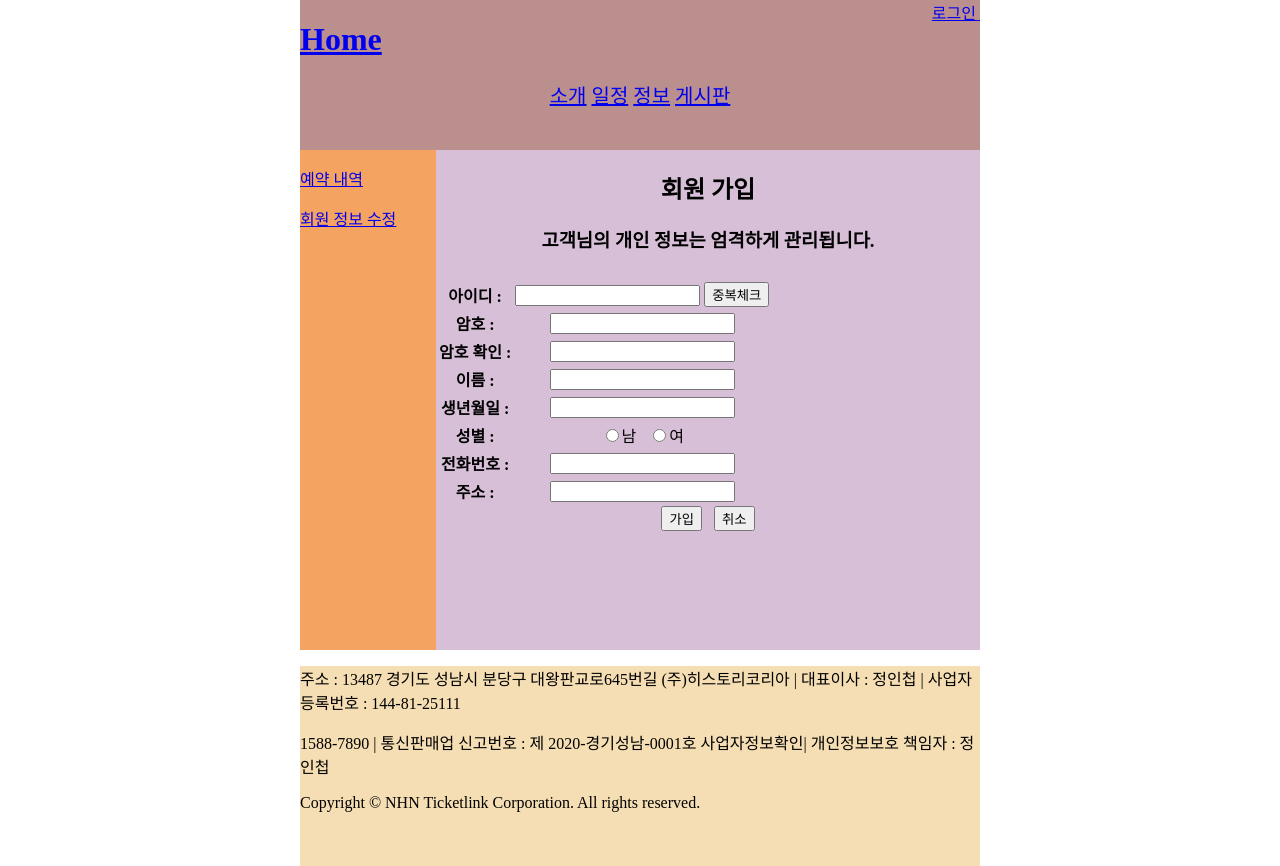
Repository: dlscjq34/JSP_historyTour
Page: http://localhost/HistoryTour/WEB-INF/views/member/joinMember.jsp
These files come from the project's save history. The page is drawn as it stood at one moment and after the next save; the edit follows.
The browser window is 1280 px wide. The pictures show the whole page.
The page is served by Tomcat 9. Nobody is signed in. Other server files are loaded and not shown. The template is opened directly, without the code that normally fills it, so the values that code supplies are empty.

Above is the page before, as saved 2020-12-21 03:41:44.

### HistoryTour/WebContent/WEB-INF/views/member/joinMember.jsp
<%@ page language="java" contentType="text/html; charset=UTF-8"
    pageEncoding="UTF-8"%>
<!DOCTYPE html>
<html lang="en">
<head>
    <jsp:include page="/WEB-INF/views/include/head.jsp" />
    <link rel="stylesheet" href="css/joinMember.css">
</head>
<body>
    <!-- <header> -->
    <jsp:include page="/WEB-INF/views/include/header.jsp" />


    <!-- center = <aside> + <article> -->
    <div class="center">
        <aside>
            <p><a href="ticket.do">예약 내역</a></p>
            <p><a href="editMember.do">회원 정보 수정</a></p>
        </aside>

        <article>
            <h1>회원 가입</h1>
                    <h3>고객님의 개인 정보는 엄격하게 관리됩니다.</h3>
                <form action="joinMemberPro.do" method="post" name="frm" onsubmit="return lenCheck()">

                    <table>
	               		<tr>
	               			<th>아이디 :
	               			<td><input type="text" name="id" id="id" />
	               				<input type="button" onclick="dupCheck()" value="중복체크">
	               		</tr>
	               		<tr>
	               			<th>암호 :
	               			<td><input type="password" name="pswd1" id="pswd1" required/>
	               		</tr>
	               		<tr>
	               			<th>암호 확인 :
	               			<td><input type="password" name="pswd2" id="pswd2" required onkeyup="pwCheck()"/>
	               				<span id="pwStatus"></span>
	               		</tr>
	               		<tr>
	               			<th>이름 :
	               			<td><input type="text" name="name" id="name" required/>
	               		</tr>
	               		<tr>
	               			<th>생년월일 :
	               			<td><input type="text" name="birth" id="birth" required/>
	               		</tr>
	               		<tr>
	               			<th>성별 :
	               			<td><input type="radio" name="gender" id="man" value="1" required />남 &nbsp;
	               				<input type="radio" name="gender" id="woman" value="2" required />여
	               		</tr>
	               		<tr>
	               			<th>전화번호 :
	               			<td><input type="text" name="tel" id="tel" required>
	               		</tr>
	               		<tr>
	               			<th>주소 :
	               			<td><input type="text" name="address" id="address" required>
	               		</tr>
               		</table>
                <input type="submit" name="enroll" class="enroll" value="가입"> &nbsp;
                <input type="reset" value="취소">
                </form>
        </article>
    </div>


    <!-- <footer> -->
    <jsp:include page="/WEB-INF/views/include/footer.jsp" />

</body>

<script>
	function dupCheck() {
		let id = document.frm.id.value;
		if(id == '') {
			alert("아이디를 입력하세요");
			document.frm.id.focus();
			return;
		}
		window.open('joinCheck.do?id='+id, 'joinCheck', 'width=600, height=300');
	}

	function lenCheck() {
		let id = document.frm.id.value.trim();

		if(!(id.length >= 3 && id.length <=12)) {
			alert("아이디는 3에서 12글자만 입력 가능합니다.");
			document.frm.id.select();
			return false;
		}
	}

	function pwCheck() {
		pw1 = document.frm.pswd1.value;
		pw2 = document.frm.pswd2.value;
		pwStatus = document.getElementById("pwStatus");

		if(pw1 == pw2) {
			pwStatus.innerHTML = "패스워드 확인";
			pwStatus.style.color = "blue"
		}
		else {
			pwStatus.innerHTML = "패스워드 틀림";
			pwStatus.style.color = "red"
		}
	}

/* 	<tr>
		<th>암호 :
		<td><input type="password" name="pswd1" id="pswd1" required/>
	</tr>
	<tr>
		<th>암호 확인 :
		<td><input type="password" name="pswd2" id="pswd2" required onkeyup="pwCheck()"/>
			<span class="pwStatus"></span>
	</tr> */
</script>

</html>

### HistoryTour/WebContent/WEB-INF/views/include/head.jsp
<%@ page language="java" contentType="text/html; charset=UTF-8"
    pageEncoding="UTF-8"%>
<meta charset="UTF-8">
<meta name="viewport" content="width=device-width, initial-scale=1.0">
<title>Document</title>
<link rel="stylesheet" href="css/common.css">

### HistoryTour/WebContent/WEB-INF/views/include/header.jsp
<%@ page language="java" contentType="text/html; charset=UTF-8"
    pageEncoding="UTF-8"%>
<%@ taglib prefix="c" uri="http://java.sun.com/jsp/jstl/core" %>
<%
	//쿠키에 아이디가 있으면 세션으로 빼온다.
	Cookie[] cookies = request.getCookies();

	if (cookies != null) {
		for(Cookie cookie : cookies) {
			if(cookie.getName().equals("id")) {
				String id = cookie.getValue();
				session.setAttribute("id", id);
			}
		}
	}

	String id = (String)session.getAttribute("id");
%>

<header>
    <div class="home-line">
        <h1><a href="index.do">Home</a></h1>
        <!-- 세션으로 빼온 아이디가 있으면 -->
<%
			if (id != null) {
%>
        		${ id } 님 반갑습니다.&nbsp;
        		<a href="myPage.do">마이페이지</a>&nbsp;
        		<a href="logoutPro.do">로그아웃</a>
<%
			} else {
%>
        	<!-- 세션으로 빼온 아이디가 없으면 -->
        		 <a href="login.do">로그인&nbsp;</a>
<%
			}
%>

    </div>
    <div class="menu">
        <a href="intro.do">소개</a>
        <a href="schedule.do">일정</a>
        <a href="information.do">정보</a>
        <a href="board.do">게시판</a>
    </div>
</header>

### HistoryTour/WebContent/WEB-INF/views/include/footer.jsp
<%@ page language="java" contentType="text/html; charset=UTF-8"
    pageEncoding="UTF-8"%>
<footer>
    <p>주소 : 13487 경기도 성남시 분당구 대왕판교로645번길 (주)히스토리코리아 | 대표이사 : 정인첩 | 사업자등록번호 : 144-81-25111</p>
    <p>1588-7890 |  통신판매업 신고번호 : 제 2020-경기성남-0001호 사업자정보확인| 개인정보보호 책임자 : 정인첩</p>
    <p>Copyright © NHN Ticketlink Corporation. All rights reserved.</p>
</footer>

### HistoryTour/WebContent/css/common.css
body {
  grid-template-columns: 1fr 1fr;
  box-sizing: border-box;
  margin: 0 300px;
}

/* header ----------------------------------------------- */

header {
  background: rosybrown;
  height: 150px;
}
header .home-line {
  display: flex;
}
header .home-line h1 {
  flex: 1;
}
header .menu {
  text-align: center;
  font-size: 20px;
}

/* <aside> <article> ----------------------------------------------- */

.center {
  display: flex;
  height: 500px;
  background: turquoise;
}
.center aside {
  background: sandybrown;
  flex: 2;
}
.center article {
  background: thistle;
  flex: 8;
  text-align: center;
}


/* footer ----------------------------------------------- */

footer {
  background: wheat;
  height: 200px;
}

### HistoryTour/WebContent/css/joinMember.css

.center article form fieldset input{
  margin: 1% 0;
}
.center article form  {
  position: relative;
  margin-top: 5%;
  /* padding-left: 80px; */
  /* width: 100px;
  font-size: 20px; */
}

After the next save:
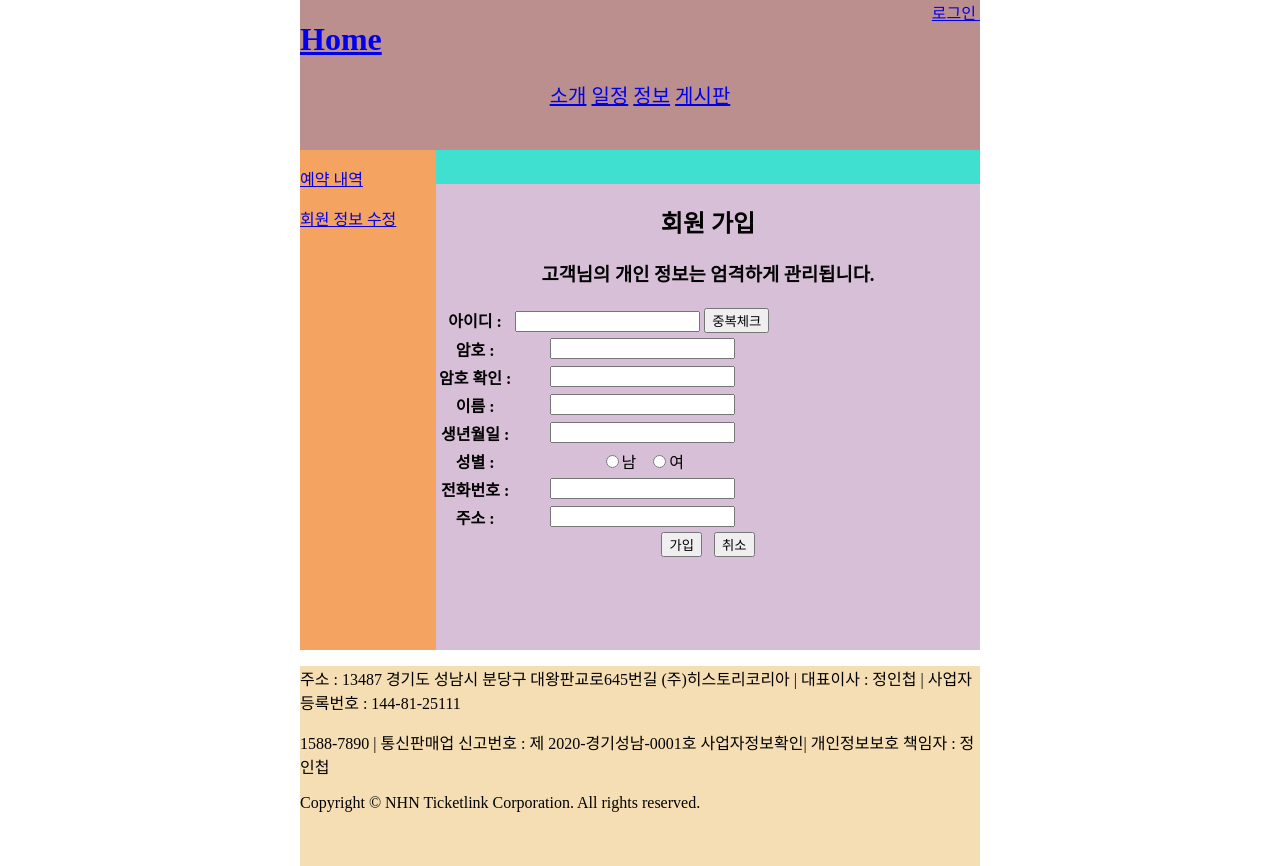
Saved 2 min 27 s later.
--- a/HistoryTour/WebContent/css/joinMember.css
+++ b/HistoryTour/WebContent/css/joinMember.css
@@ -2,7 +2,7 @@
 .center article form fieldset input{
   margin: 1% 0;
 }
-.center article form  {
+.center article  {
   position: relative;
   margin-top: 5%;
   /* padding-left: 80px; */
